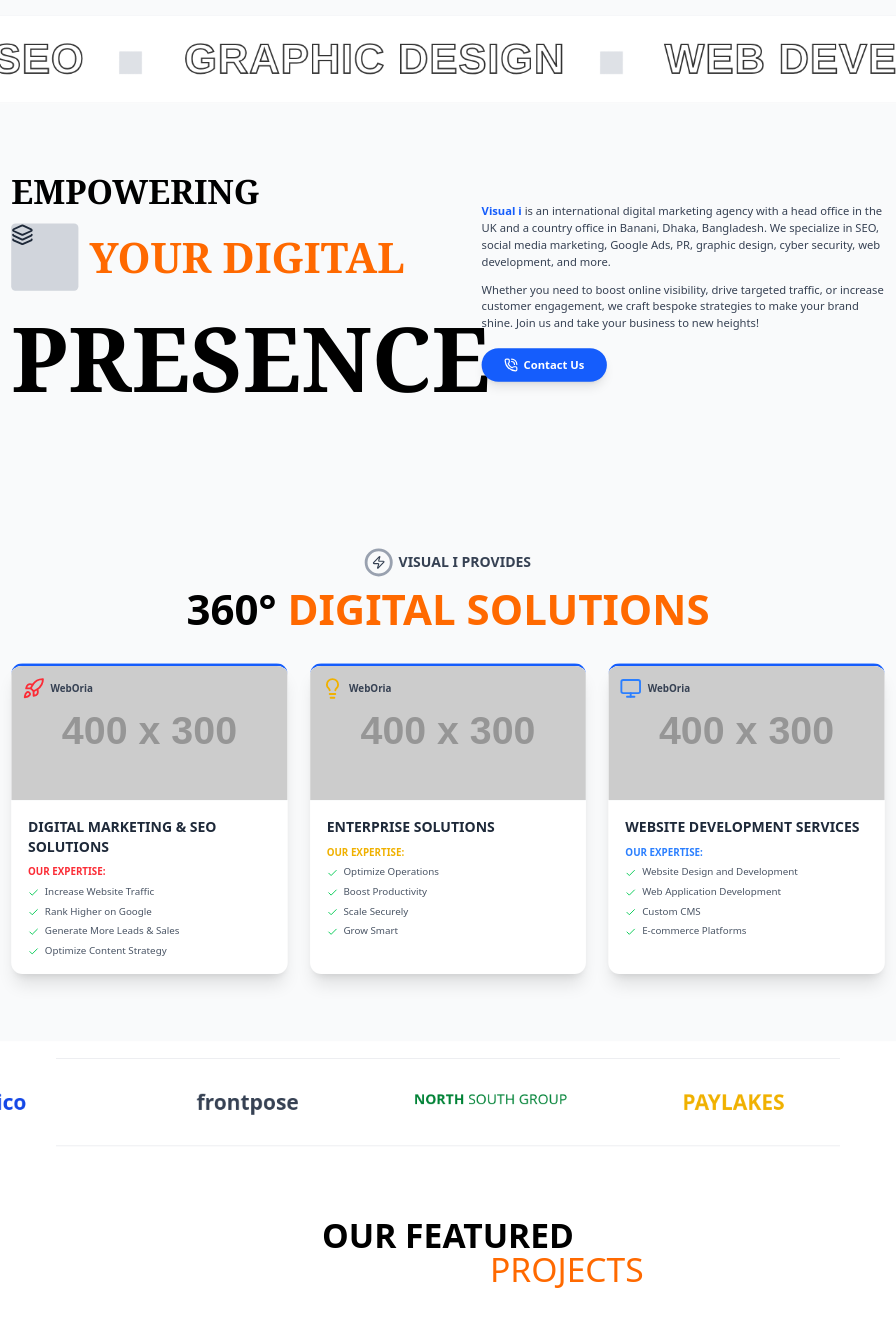
Repository: mdmuhibullahhabib/weboria
Page: /
These files come from the project's save history. The page is drawn as it stood at one moment and after the next save; the edit follows.
The browser window is 1280 px wide. The pictures show the part of the page from y = 1548 to 3468 px (the page is 9136 px tall before and 9044 px after), at 70% of full size.
The project was rebuilt for these pictures with package versions that can differ from the ones it lists, and the page was loaded fresh each time. Some packages were replaced by stand-ins written for this rebuild. The framework's server and built-in components were replaced by stand-ins that run in the browser. Also part of the build but not shown: next.config.mjs.

Above is the page before, as saved 2025-10-03 12:47:18.

After the next save:
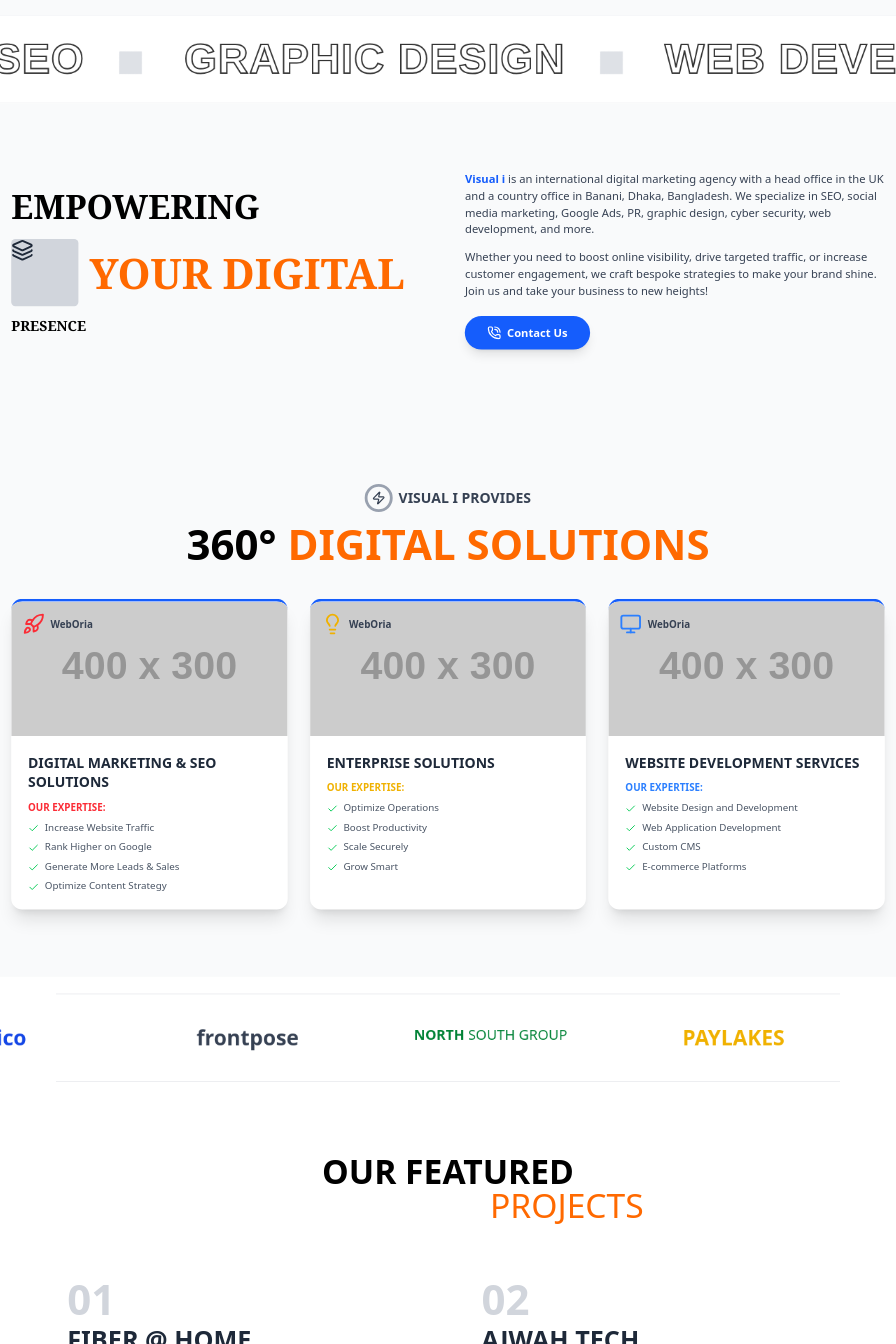
Saved 95 s later.
--- a/src/components/Service.jsx
+++ b/src/components/Service.jsx
@@ -59,7 +59,7 @@ const Service = () => {
                     YOUR DIGITAL
                   </p>
                 </div>
-                <p className="text-7xl md:text-9xl font-serif font-extrabold text-black leading-tight">
+                <p className="text-7xl md:text-xl font-serif font-extrabold text-black leading-tight">
                   PRESENCE
                 </p>
               </div>
